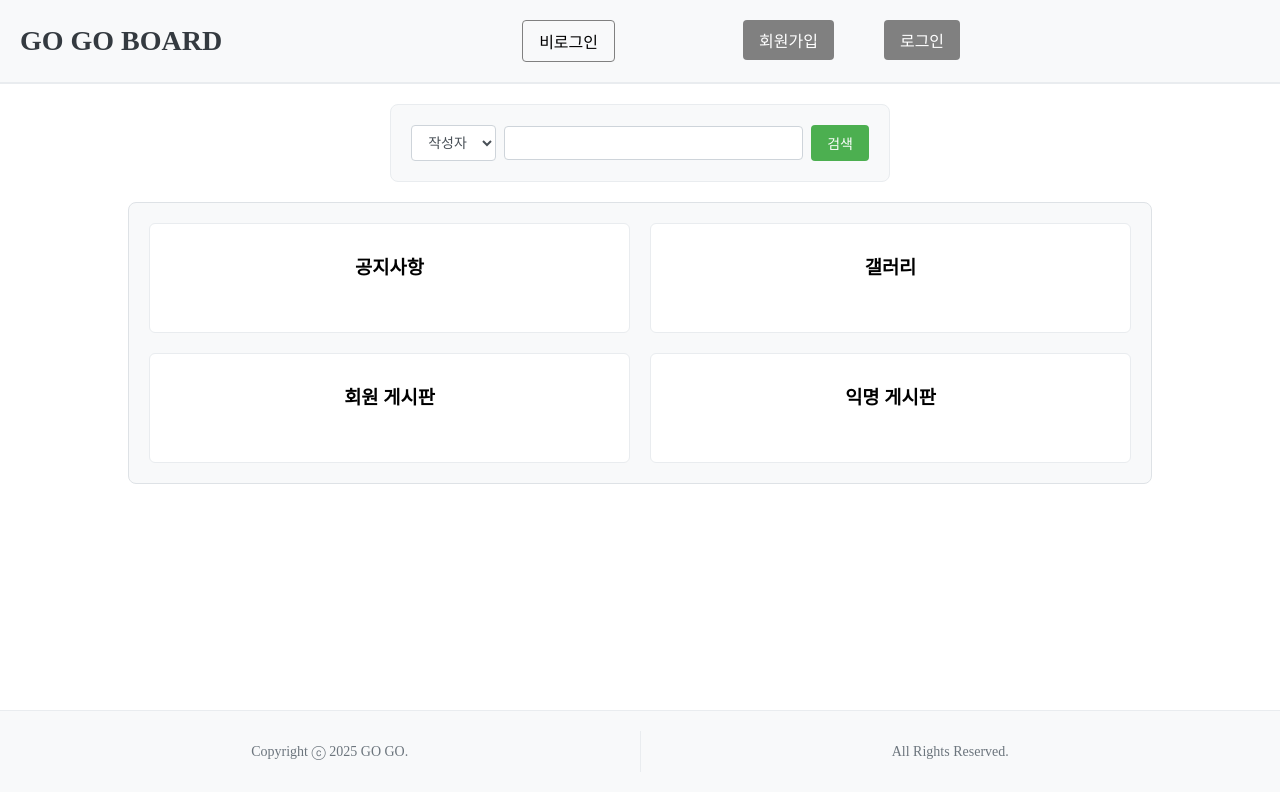
Repository: 1plus1equals3-true/Board-Project
Page: http://localhost/jsp/board_proc/main_proc.jsp
An editor plug-in stored every save of this project. The page is shown before and after the next save, followed by the edit.
The browser window is 1280 px wide. The pictures show the whole page.
The page is served by Tomcat 9. Other server files are loaded and not shown. Queries for data that is not in the repository find no rows.

Above is the page before, as saved 2025-09-25 02:19:45.

### jsp/src/main/webapp/board_proc/main_proc.jsp
<%@ page language="java" contentType="text/html; charset=UTF-8" pageEncoding="UTF-8"%>
<%@ page import="java.util.*"%>
<%@page import="java.awt.PageAttributes.OrientationRequestedType"%>
<%@ page import="java.sql.*"%>
<%@ page import="lib.DB" %>

<%
Connection conn = null;

String sql = "";
Statement st = null;
ResultSet rs = null;
List <Map<String, String>>memberboardlist = new ArrayList<>();

String sql2 = "";
Statement st2 = null;
ResultSet rs2 = null;
List <Map<String, String>>Noticelist = new ArrayList<>();

String sql3 = "";
Statement st3 = null;
ResultSet rs3 = null;
List <Map<String, String>>anonymitylist = new ArrayList<>();

String sql4 = "";
Statement st4 = null;
ResultSet rs4 = null;
List <Map<String, String>>gallerylist = new ArrayList<>();

try {
	conn = DB.getConnection();

	sql = "SELECT * FROM board WHERE boardtype=1 ORDER BY idx DESC LIMIT 5";
	sql2 = "SELECT * FROM board WHERE boardtype=0 ORDER BY idx DESC LIMIT 5";
	sql3 = "SELECT * FROM board WHERE boardtype=2 ORDER BY idx DESC LIMIT 5";
	sql4 = "SELECT * FROM board WHERE boardtype=3 ORDER BY idx DESC LIMIT 6";

	st = conn.createStatement();
	st2 = conn.createStatement();
	st3 = conn.createStatement();
	st4 = conn.createStatement();
	rs = st.executeQuery(sql);
	rs2 = st2.executeQuery(sql2);
	rs3 = st3.executeQuery(sql3);
	rs4 = st4.executeQuery(sql4);

	while (rs.next()) {
	    String idx = rs.getString("idx");
	    String title = rs.getString("title");

	    Map<String, String> row = new HashMap<>();
	    row.put("idx", idx);
	    row.put("title", title);

	    memberboardlist.add(row);
	}

	while (rs2.next()) {
	    String idx = rs2.getString("idx");
	    String title = rs2.getString("title");

	    Map<String, String> row = new HashMap<>();
	    row.put("idx", idx);
	    row.put("title", title);

	    Noticelist.add(row);
	}

	while (rs3.next()) {
	    String idx = rs3.getString("idx");
	    String title = rs3.getString("title");

	    Map<String, String> row = new HashMap<>();
	    row.put("idx", idx);
	    row.put("title", title);

	    anonymitylist.add(row);
	}

	while (rs4.next()) {
	    String idx = rs4.getString("idx");
	    String title = rs4.getString("title");

	    Map<String, String> row = new HashMap<>();
	    row.put("idx", idx);
	    row.put("title", title);

	    gallerylist.add(row);
	}

}catch(Exception e){
    e.printStackTrace();
    out.println(sql);
    out.println(sql2);
    out.println(sql3);
    out.println(sql4);
}finally {
    try { if (rs != null) rs.close(); } catch (SQLException ignore) { }
    try { if (rs2 != null) rs2.close(); } catch (SQLException ignore) { }
    try { if (rs3 != null) rs3.close(); } catch (SQLException ignore) { }
    try { if (rs4 != null) rs4.close(); } catch (SQLException ignore) { }

    try { if (st != null) st.close(); } catch (SQLException ignore) { }
    try { if (st2 != null) st2.close(); } catch (SQLException ignore) { }
    try { if (st3 != null) st3.close(); } catch (SQLException ignore) { }
    try { if (st4 != null) st4.close(); } catch (SQLException ignore) { }

    try { if (conn != null) conn.close(); } catch (SQLException ignore) { }
}



    // request 객체에 데이터 저장
    request.setAttribute("memberboardlist", memberboardlist);
    request.setAttribute("Noticelist", Noticelist);
    request.setAttribute("anonymitylist", anonymitylist);
    request.setAttribute("gallerylist", gallerylist);

    // 뷰(View) 역할을 하는 JSP로 포워딩
    RequestDispatcher dispatcher = request.getRequestDispatcher("../board/main.jsp");
    dispatcher.forward(request, response);
%>

### jsp/src/main/webapp/board/main.jsp
<%@page import="java.awt.PageAttributes.OrientationRequestedType"%>
<%@ page language="java" contentType="text/html; charset=UTF-8"
    pageEncoding="UTF-8"%>
<%@ page import="java.sql.*"%>
<%@ page import="lib.DB" %>
<%@ taglib prefix="c" uri="http://java.sun.com/jsp/jstl/core"%>
<!DOCTYPE html>
<html>
<head>
<meta charset="UTF-8">
<title>메인 화면</title>

<style>
*{
	margin: 0 auto;
	padding: 0;
	text-align: center;
	box-sizing: border-box;
}


/*두번째 섹션*/
.grid-container {
    display: flex;
    flex-wrap: wrap;
    justify-content: center;
    gap: 20px;
    width: 80%;
    max-width: 1200px;
    margin: 20px auto;
    border: 1px solid #dee2e6;
    border-radius: 8px;
    padding: 20px;
    background-color: #f8f9fa;
}

/* 각 게시판 요약 div 스타일 */
.grid-container > div {
    flex-basis: calc(50% - 10px);
    box-sizing: border-box;
    padding: 20px;
    text-align: left; /* 내부 텍스트 왼쪽 정렬 */
    background-color: #fff; /* 내부 div 배경색 */
    border: 1px solid #e9ecef; /* 내부 div 테두리 */
    border-radius: 6px;
}

/* 각 게시판 제목 */
.grid-container h3 {
    text-align: center; /* 제목은 중앙 정렬 */
    margin-bottom: 15px;
    color: #333;
    /*border-bottom: 1px solid #eee;*/
    padding-bottom: 10px;
}

/* 텍스트 목록 (공지사항, 게시판) */
.grid-container > div a {
    display: block; /* 링크를 세로로 정렬 */
    text-decoration: none;
    color: #555;
    padding: 8px 0;
    border-bottom: 1px solid #f0f0f0;
    transition: color 0.2s ease;
    text-align: left;
}

.grid-container > div a:hover {
    color: #007bff;
}

/* 갤러리 슬라이더 컨테이너 */
.slider-container {
    position: relative; /* 버튼 배치를 위해 */
    overflow: hidden; /* 슬라이드 영역 밖의 내용을 숨김 */
    padding: 10px 0; /* 상하 여백 */
}

/* 모든 슬라이드를 담는 트랙 */
.slider-track {
    display: flex; /* 이미지를 가로로 나열 */
    transition: transform 0.5s ease-in-out; /* 슬라이드 애니메이션 효과 */
    width: 100%; /* 초기 너비 */
}

/* 각 슬라이드 아이템 (3x2 그리드 하나) */
.slide-item {
    min-width: 100%; /* 슬라이드 아이템이 슬라이더 컨테이너 너비만큼 차지 */
    box-sizing: border-box;
    display: grid;
    grid-template-columns: repeat(3, 1fr); /* 3열 그리드 유지 */
    grid-template-rows: repeat(2, 1fr); /* 2행 그리드 유지 */
    gap: 5px;
    padding: 0 5px; /* 양쪽 끝 여백 */
}

/* 갤러리 이미지 스타일 */
.slide-item img {
    width: 100%; /* 슬라이드 아이템 너비에 맞게 */
    height: 78px;
    object-fit: cover;
    border: 1px solid #ddd;
    border-radius: 4px;
}

/* 슬라이드 버튼 스타일 */
.slide-btn {
    position: absolute;
    top: 50%;
    transform: translateY(-50%);
    background: rgba(0, 0, 0, 0.5);
    color: white;
    border: none;
    padding: 10px 15px;
    cursor: pointer;
    z-index: 10;
    border-radius: 4px;
    opacity: 0.8;
}

.slide-btn:hover {
    opacity: 1;
}

.prev-btn {
    left: 10px;
}

.next-btn {
    right: 10px;
}

/*검색 폼*/
.search-form {
    display: flex;
    align-items: center;
    gap: 8px; /* 요소들 사이의 간격 */
    padding: 20px;
    background-color: #f8f9fa;
    border: 1px solid #e9ecef;
    border-radius: 8px;
    max-width: 500px;
    margin: 20px auto; /* 중앙 정렬 */
}

.search-form select,
.search-form input[type="text"] {
    padding: 8px 12px;
    border: 1px solid #ced4da;
    border-radius: 4px;
    font-size: 14px;
    color: #495057;
}

.search-form select {
    background-color: #fff;
    cursor: pointer;
}

.search-form input[type="text"] {
    flex-grow: 1; /* 남은 공간을 채우도록 */
}

.search-form button {
    padding: 8px 16px;
    border: none;
    border-radius: 4px;
    background-color: #4CAF50;
    color: white;
    font-size: 14px;
    cursor: pointer;
    transition: background-color 0.3s ease;
}

.search-form button:hover {
    background-color: #0056b3;
}
</style>
</head>
<body>
<%@ include file="op_top.jsp" %>
<section class="min-height">
<section>
	<form name="search_form" method="get" action="../board/list.jsp" class="search-form">
		<select name="key">
			<option value="name">작성자</option>
			<option value="title">제목</option>
			<option value="content">내용</option>
		</select>
		<input type="text" name="word">
		<button type="submit">검색</button>
	</form>
</section>
<section class="grid-container">
	<div>
		<h3><a href="../board/list_notice.jsp" style="border-bottom: none; text-align: center; color: black;">공지사항</a></h3>
		<c:forEach var="row" items="${Noticelist}">
			<a href="<c:url value="../board/view.jsp"><c:param name="idx" value="${row.idx}" /></c:url>">
	    		<c:out value="${row.title}" />
			</a>
		</c:forEach>
	</div>

	<div>
		<h3><a href="../board/list_gallery.jsp" style="border-bottom: none; text-align: center; color: black;">갤러리</a></h3>
		<div class="gallery-content">
		<c:forEach var="row" items="${gallerylist}">
			<a href="<c:url value="../board/view.jsp"><c:param name="idx" value="${row.idx}" /></c:url>">
	    		<img alt="X" src="../board_proc/download_gallery.jsp?idx=<c:out value="${row.idx}" />&fileidx=0">
			</a>
		</c:forEach>
		</div>
	</div>

	<div>
		<h3><a href="../board/list_member.jsp" style="border-bottom: none; text-align: center; color: black;">회원 게시판</a></h3>
		<c:forEach var="row" items="${memberboardlist}">
			<a href="<c:url value="../board/view.jsp"><c:param name="idx" value="${row.idx}" /></c:url>">
	    		<c:out value="${row.title}" />
			</a>
		</c:forEach>
	</div>

	<div>
		<h3><a href="../board/list_anonymity.jsp" style="border-bottom: none; text-align: center; color: black;">익명 게시판</a></h3>
		<c:forEach var="row" items="${anonymitylist}">
			<a href="<c:url value="../board/view.jsp"><c:param name="idx" value="${row.idx}" /></c:url>">
	    		<c:out value="${row.title}" />
			</a>
		</c:forEach>
	</div>
</section>
</section>
<%@ include file="op_bot.jsp" %>
</body>
</html>

### jsp/src/main/webapp/board/op_top.jsp
<%@ page language="java" contentType="text/html; charset=UTF-8"
    pageEncoding="UTF-8"%>
<%@ page import="java.sql.*" %>
<%@ page import="lib.DB" %>
<%
String login_id = "";
login_id = (String)session.getAttribute("ss_check");
String login_idx = "";
String login_name = "";
String login_upfile = "";
int login_rank = -1;

if(login_id == null || login_id.equals("") || login_id.equals("null")) {
}else {
	String sqll = null;
	Connection connl =null;
	PreparedStatement psl = null;
	ResultSet rsl = null;

	try {

		connl = DB.getConnection();

		sqll = "SELECT * FROM member WHERE uid=?";
		psl = connl.prepareStatement(sqll);
		psl.setString(1, login_id);

		rsl = psl.executeQuery();
		rsl.next();

		login_idx = rsl.getString("idx");
		login_name = rsl.getString("name");
		login_upfile = rsl.getString("upfile");
		login_rank = rsl.getInt("member_rank");

	}catch (Exception e) {
		out.println(e.toString());
		out.println(sqll);
	}
}

if (login_rank == 0) {
	%> <script type="text/javascript">
		alert("비활성화된 회원입니다.");
		location.replace("../member/Login.jsp")
	</script> <%
	session.removeAttribute("ss_check");
	return;
}

%>

<style>
.min-height {
	min-height: 80vh;
}
*{
	margin: 0 auto;
	padding: 0;
	text-align: center;
	box-sizing: border-box;
}
.board-header {
    background-color: #f8f9fa;
    border-bottom: 2px solid #e9ecef;
    padding: 20px;
    display: flex;
    justify-content: space-between;
    align-items: center;
    width: 100%;
    min-height: 10vh;
    margin: 0 auto;
}

.board-header h1 {
    font-size: 28px;
    color: #343a40;
    margin: 0;
    font-weight: bold;
    text-align: left;
}

.board-header h1 a {
	font-size: 28px;
    color: #343a40;
    margin: 0;
    font-weight: bold;
    text-decoration: none;
}

.board-header nav ul {
    list-style: none;
    padding: 0;
    margin: 0;
    display: flex;
    gap: 50px;
    text-align: right;
}

.board-header nav li a {
    text-decoration: none;
    /*color: #495057;*/
    font-size: 16px;
    font-weight: 500;
    transition: color 0.3s ease;
}

header img {
	width: 40px;
    height: 40px;
    border-radius: 4px;
    border: 1px solid #ced4da;
}

.logout-btn {
    display: inline-block;
    padding: 8px 16px;
    border: none;
    border-radius: 4px;
    background-color: gray;
    color: white;
    cursor: pointer;
    text-decoration: none;
    transition: background-color 0.3s ease;
}
.logout-btn:hover {
    background-color: #dc3545;
}

.mypage-btn {
    display: inline-block;
    padding: 8px 16px;
    border: none;
    border-radius: 4px;
    background-color: gray;
    color: white;
    cursor: pointer;
    text-decoration: none;
    transition: background-color 0.3s ease;
}
.mypage-btn:hover {
    background-color: #007bff;
}

.user-info {
    display: inline-block;
    padding: 8px 16px;
    border: 1px solid gray;
    border-radius: 4px;
    color: black;
    font-size: 16px;
    font-weight: 500;
    transition: background-color 0.3s ease;
}


</style>
<% if(login_id == null || login_id.equals("") || login_id.equals("null")) { %>
<header class="board-header">
    <h1><a href="../board_proc/main_proc.jsp">GO GO BOARD</a></h1>
    <nav>
        <ul>
            <li><span class="user-info">비로그인</span></li>
            <li> &nbsp; &nbsp; &nbsp; &nbsp; </li>
            <li><a href="../member/Join.jsp" class="mypage-btn">회원가입</a></li>
            <li><a href="../member/Login.jsp" class="mypage-btn">로그인</a></li>
        </ul>
    </nav>
</header>
<% }else { %>
<header class="board-header">
    <h1><a href="../board_proc/main_proc.jsp">GO GO BOARD</a></h1>
    <nav>
        <ul>
            <li><span class="user-info">이름 : <%= login_name %></span></li>
            <% if (login_upfile == null || login_upfile.equals("")) { %>
            	<li> &nbsp; &nbsp; &nbsp; &nbsp; </li>
            <% }else { %>
            	<li><img alt="X" src="../member/Download.jsp?uid=<%= login_id %>"></li>
            <% } %>
            <li><a href="../member/View.jsp?uid=<%= login_id %>" class="mypage-btn">마이페이지</a></li>
            <li><a href="../member/Logout.jsp" class="logout-btn">로그아웃</a></li>
        </ul>
    </nav>
</header>
<% } %>

### jsp/src/main/webapp/board/op_bot.jsp
<%@ page language="java" contentType="text/html; charset=UTF-8"
    pageEncoding="UTF-8"%>
<style>
.board-footer {
    background-color: #f8f9fa;
    border-top: 1px solid #e9ecef;
    padding: 20px;
    margin-top: 30px;
    display: flex;
    justify-content: space-around;
    align-items: flex-start;
    width: 100%;
    min-height: 10vh;
    margin-left: auto;
    margin-right: auto;
}

.board-footer > div {
    flex: 1;
    padding: 10px;
    text-align: center;
    color: #6c757d;
    font-size: 14px;
    line-height: 1.5;
}

.board-footer > div:not(:last-child) {
    border-right: 1px solid #e9ecef;
}
</style>
<footer class="board-footer">
    <div>Copyright ⓒ 2025 GO GO.</div>
    <div>All Rights Reserved.</div>
</footer>

### jsp/src/main/java/lib/DB.java
package lib;

import java.net.URLDecoder;
import java.net.URLEncoder;
import java.nio.charset.StandardCharsets;
import java.sql.*;

public class DB {

   public static Connection getConnection() throws Exception{

      String jdbcUrl = "jdbc:mysql://localhost:3306/jsp_db";
      String dbId = "user"; // 설정된 id
      String dbPass = "1234"; // 설정된 password

      Class.forName("com.mysql.cj.jdbc.Driver");
      Connection con = DriverManager.getConnection(jdbcUrl,dbId ,dbPass);

      return con;
   }

   public static String  Encoder(String text) {
	   if (text != null){
			try{
				return URLEncoder.encode(text, StandardCharsets.UTF_8);
			}catch(Exception e){
				e.printStackTrace();
				return "";
			}
		}else {
			return "";
		}
   }

   public static String  Decoder(String text) {
	   if (text != null){
			try{
				return URLDecoder.decode(text, StandardCharsets.UTF_8);
			}catch(Exception e){
				e.printStackTrace();
				return "";
			}
		}else {
			return "";
		}
   }

   public static String errMsg(String alert, String loc) {
	   if(loc.equals("back")) {
		   return "<script> alert(\""+alert+"\"); history.back(); </script>";
	   }
	   return "<script> alert(\""+alert+"\"); location.replace(\""+loc+"\"); </script>";
   }
}

After the next save:
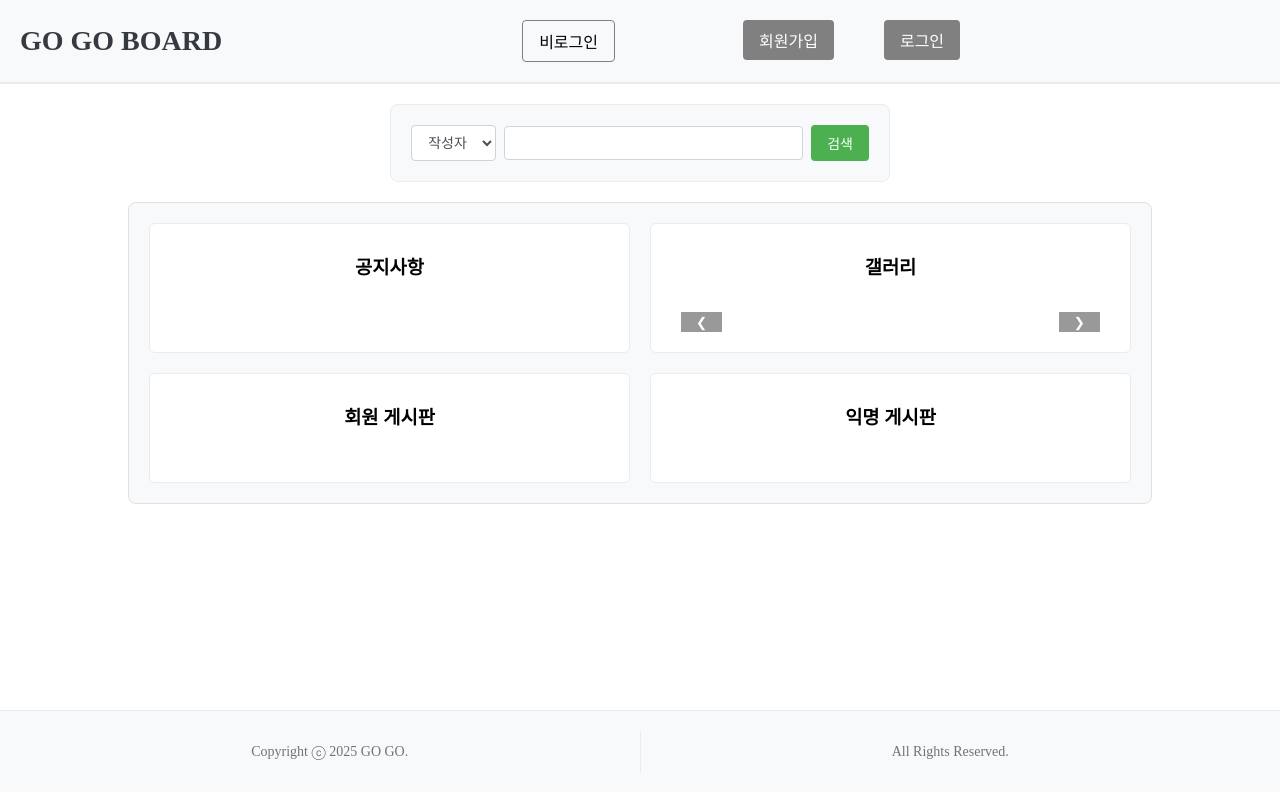
Saved 42 s later.
--- a/jsp/src/main/webapp/board/main.jsp
+++ b/jsp/src/main/webapp/board/main.jsp
@@ -203,14 +203,31 @@
 
 	<div>
 		<h3><a href="../board/list_gallery.jsp" style="border-bottom: none; text-align: center; color: black;">갤러리</a></h3>
-		<div class="gallery-content">
-		<c:forEach var="row" items="${gallerylist}">
-			<a href="<c:url value="../board/view.jsp"><c:param name="idx" value="${row.idx}" /></c:url>">
-	    		<img alt="X" src="../board_proc/download_gallery.jsp?idx=<c:out value="${row.idx}" />&fileidx=0">
-			</a>
-		</c:forEach>
+
+		<div class="slider-container">
+			<div class="slider-track">
+
+			<c:forEach var="row" items="${gallerylist}" varStatus="status">
+				<c:if test="${status.index % 6 == 0}">
+					<div class="slide-item">
+				</c:if>
+
+				<a href="<c:url value="../board/view.jsp"><c:param name="idx" value="${row.idx}" /></c:url>">
+					<img alt="X" src="../board_proc/download_gallery.jsp?idx=<c:out value="${row.idx}" />&fileidx=0">
+				</a>
+
+				<c:if test="${status.index % 6 == 5}">
+					</div> </c:if>
+
+			</c:forEach>
+
+			<c:if test="${gallerylist.size() % 6 != 0}">
+				</div> </c:if>
+
+			</div> <button class="slide-btn prev-btn">❮</button>
+			<button class="slide-btn next-btn">❯</button>
 		</div>
-	</div>
+		</div>
 
 	<div>
 		<h3><a href="../board/list_member.jsp" style="border-bottom: none; text-align: center; color: black;">회원 게시판</a></h3>
